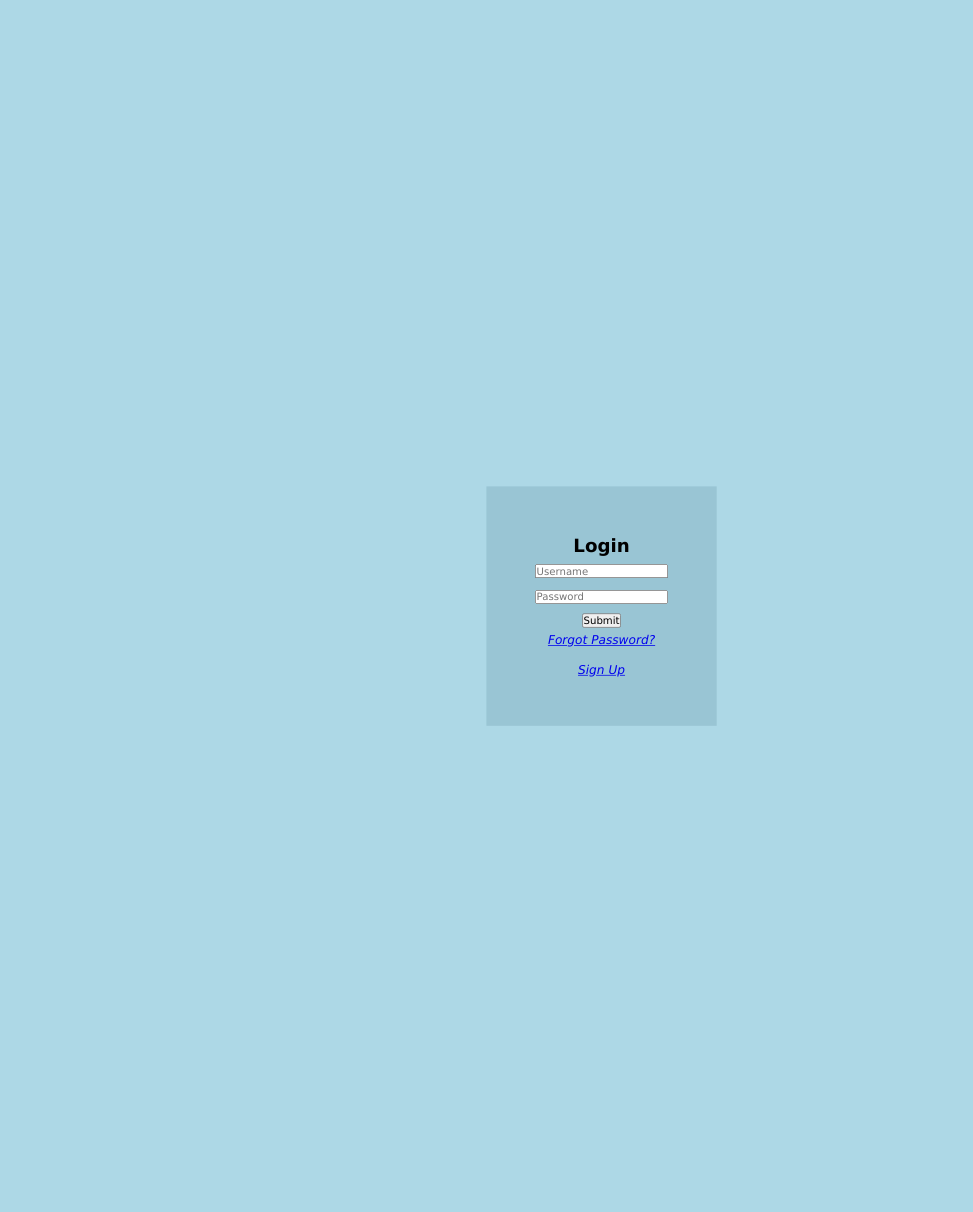
Repository: busra-kayaa/LoginPage
Page: login.html
An editor plug-in stored every save of this project. The page is shown before and after the next save, followed by the edit.
The browser window is 1280 px wide. The pictures show the whole page, at 76% of full size.

Above is the page before, as saved 2023-12-28 20:44:16.

### login.html
<!DOCTYPE html>
<html>
    <head>
        <title>Login Page</title>
        <link rel="stylesheet" href="./style.css" type="text/css"/>
    </head>
    <body>
        <div class="login-from-container">
            <h2>Login</h2>
            <div class="input-group">
                <i class="fa fa-user"></i>
                <input
                    type="text"
                    placeholder="Username"
                    class="input-text"
                    autocomplete="off"
                />
            </div>
            <div class="input-group">
                <i class="fa fa-unclok-alt"></i>
                <input
                    type="password"
                    placeholder="Password"
                    class="input-text"
                    autocomplete="off"
                />
            </div>
            <div class="subgroup">
                <div class="button-group" id="login-button">
                    <button onclick="alert('Bilgileriniz Başarıyla Alınmıştır.')">Submit</button>
                </div>
                <div class="footer">
                    <a href="#">Forgot Password?</a>
                    <a href="#">Sign Up</a>
                </div>
            </div>
        </div>
    </body>
</html>

### style.css

*{
    font-family:Verdana, Geneva, Tahoma, sans-serif;
    margin: 0px;
    padding: 0px;
}
body {
    background-color: lightblue;
    color: black;
    display: flex;
    flex-direction: row;
    align-items: center;
    font-size: 100%;
}

.login-from-container {
    background-color: rgb(153, 197, 212);
    display: flex;
    flex-direction: column;
    justify-content: center;
    align-items: center;
    text-align: center;
    padding: 5%;
    margin: 50%;
}
.input-group {
    margin-top: 5%;
    margin-bottom: 3%;
}
.button-group {
    display: flex;
    justify-content: center;
    align-items: center;
    margin: 5%;
}
.subgroup {
}
.footer {
    flex-direction: column;
    display: flex;
    gap: 20px;
    font-style: italic;

}

After the next save:
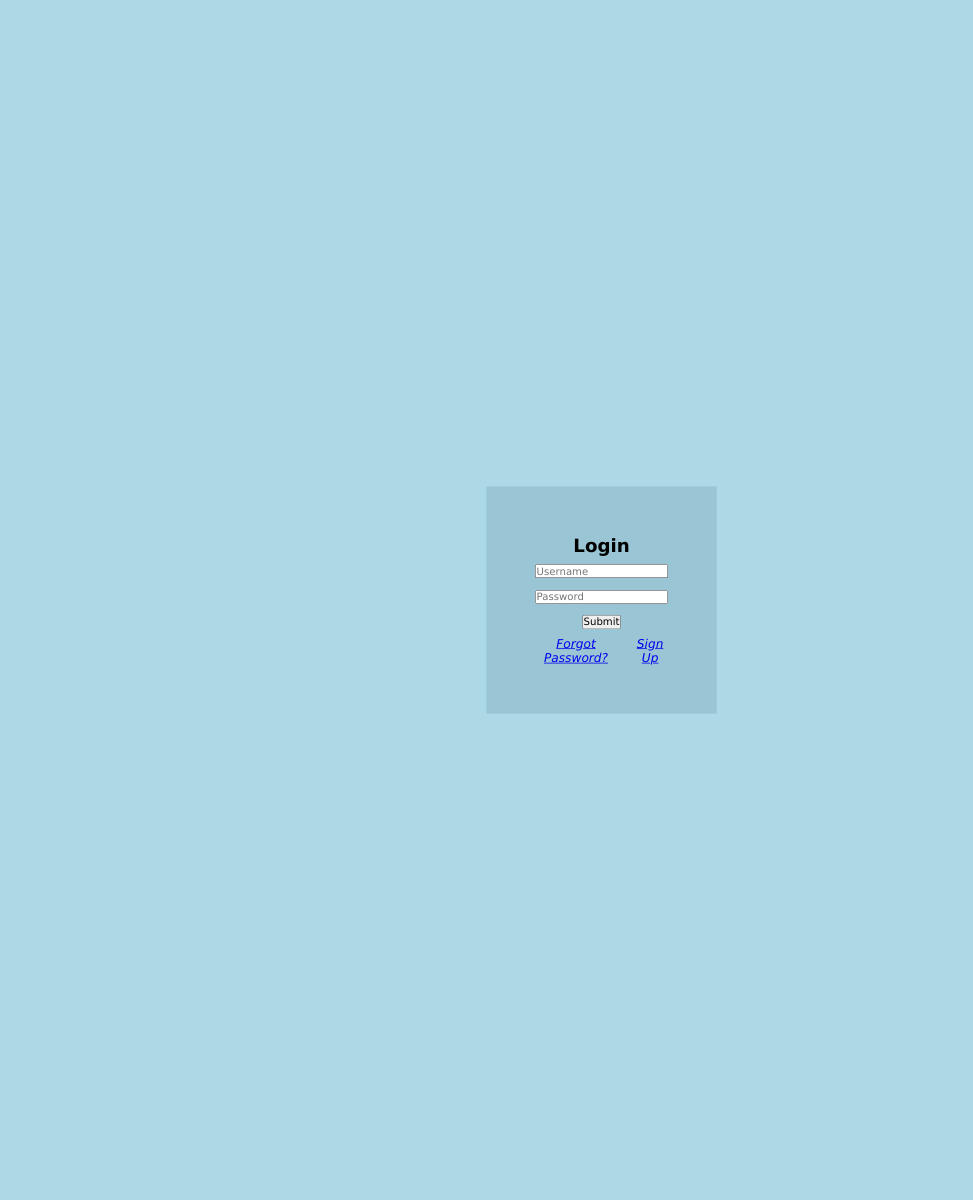
Saved 11 s later.
--- a/style.css
+++ b/style.css
@@ -36,9 +36,9 @@ body {
 .subgroup {
 }
 .footer {
-    flex-direction: column;
     display: flex;
+    flex-direction: raw;
+
     gap: 20px;
     font-style: italic;
-
 }
